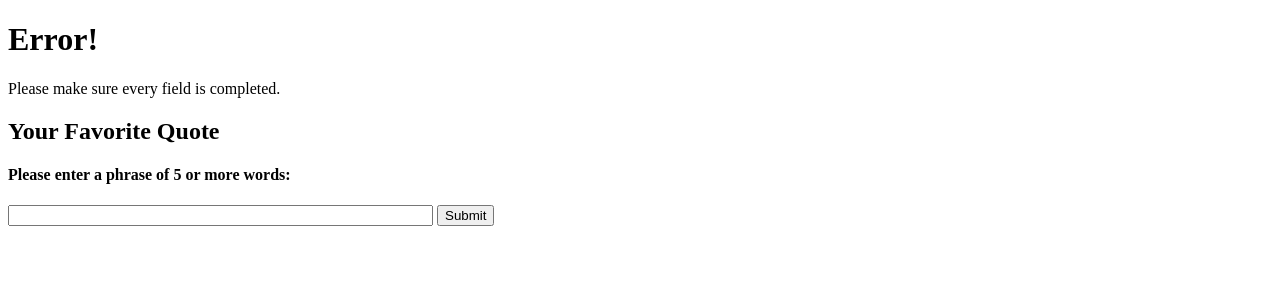
Repository: oduong1/COSW30
Page: http://localhost/homework/hw4/quote_process.php
The author's editor kept a record of every edit. The page is drawn from the files as they stood at one moment, then again after the next edit.
The browser window is 1280 px wide. The pictures show the whole page.
The page is run by PHP 8.4 with error messages shown; the project is at /var/www/html/.

Above is the page before.

After the next edit:
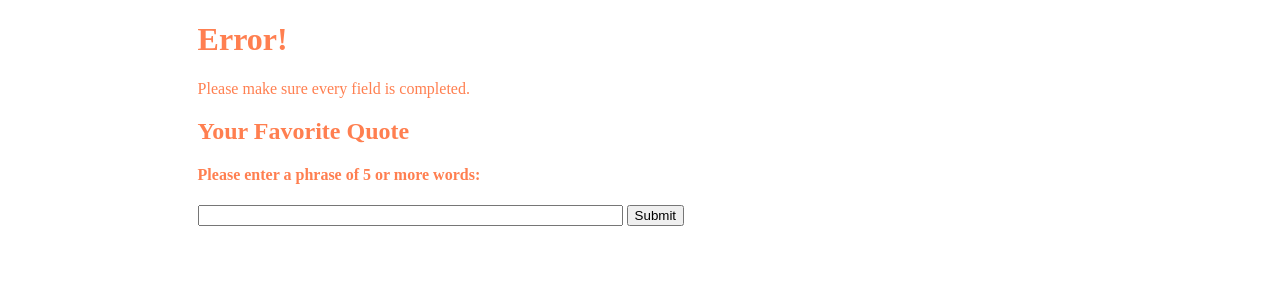
The edit:
--- a/homework/hw4/quote_process.php
+++ b/homework/hw4/quote_process.php
@@ -15,7 +15,7 @@
 
     </head>
     <body>
-
+        <container id="center">
 <?php
     // look at chapter 2 for arrays
 if ($_SERVER['REQUEST_METHOD'] == 'POST') {
